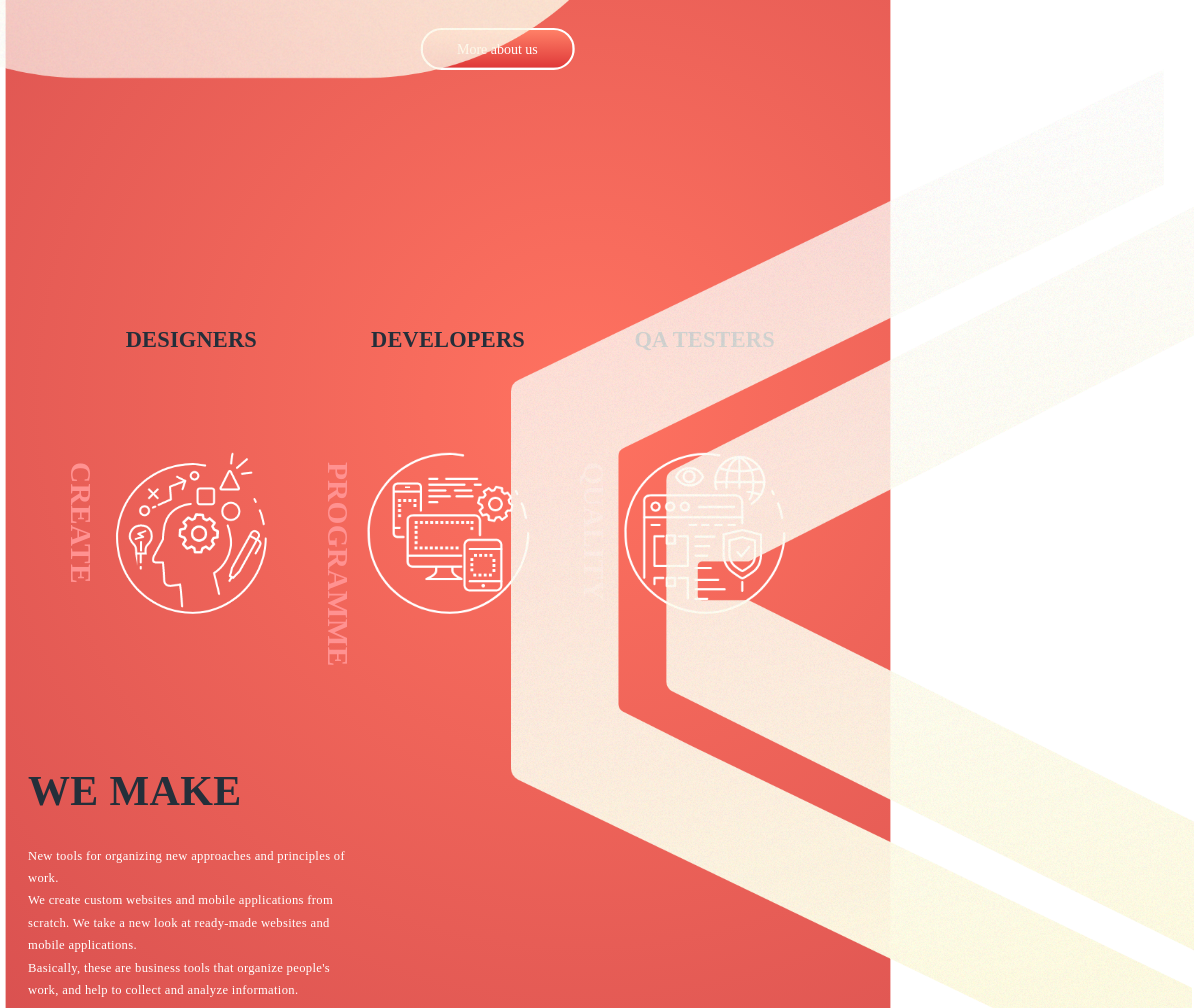
Repository: batonAnton/Ukiepro_girl
Page: MainPage.html
These files come from the project's save history. The page is drawn as it stood at one moment and after the next save; the edit follows.
The browser window is 1280 px wide. The page is 1706 px wide, so the pictures cover 1706 px, including what lies to the right of the window. The pictures show the part of the page from y = 1377 to 2817 px (the page is 3793 px tall before and 3568 px after), at 70% of full size.

Above is the page before, as saved 2020-03-25 16:15:07.

After the next save:
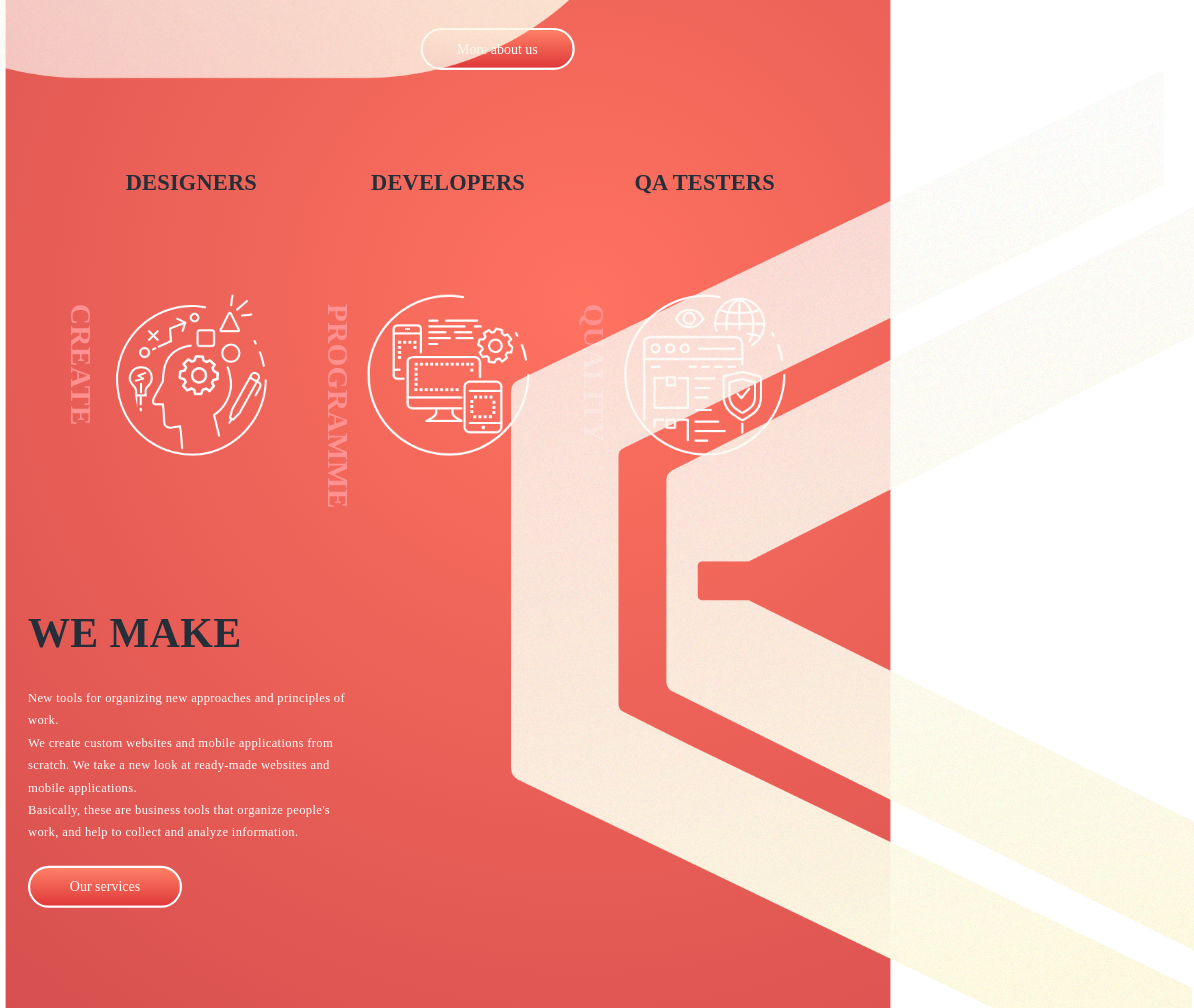
Saved 21 h 44 min later.
--- a/Css/style.css
+++ b/Css/style.css
@@ -124,7 +124,7 @@
 
 .block2 {
   width: 1922px;
-  height: 2851px;
+  /* height: 2851px; */
   background-image: radial-gradient(
     circle 1288px at 65.32% 35.97%,
     #ff7260 0%,
@@ -133,7 +133,7 @@
   z-index: 0;
 }
 .block2_info {
-  height: 895px;
+  /* height: 895px; */
   width: 1200px;
   margin-left: auto;
   margin-right: auto;
